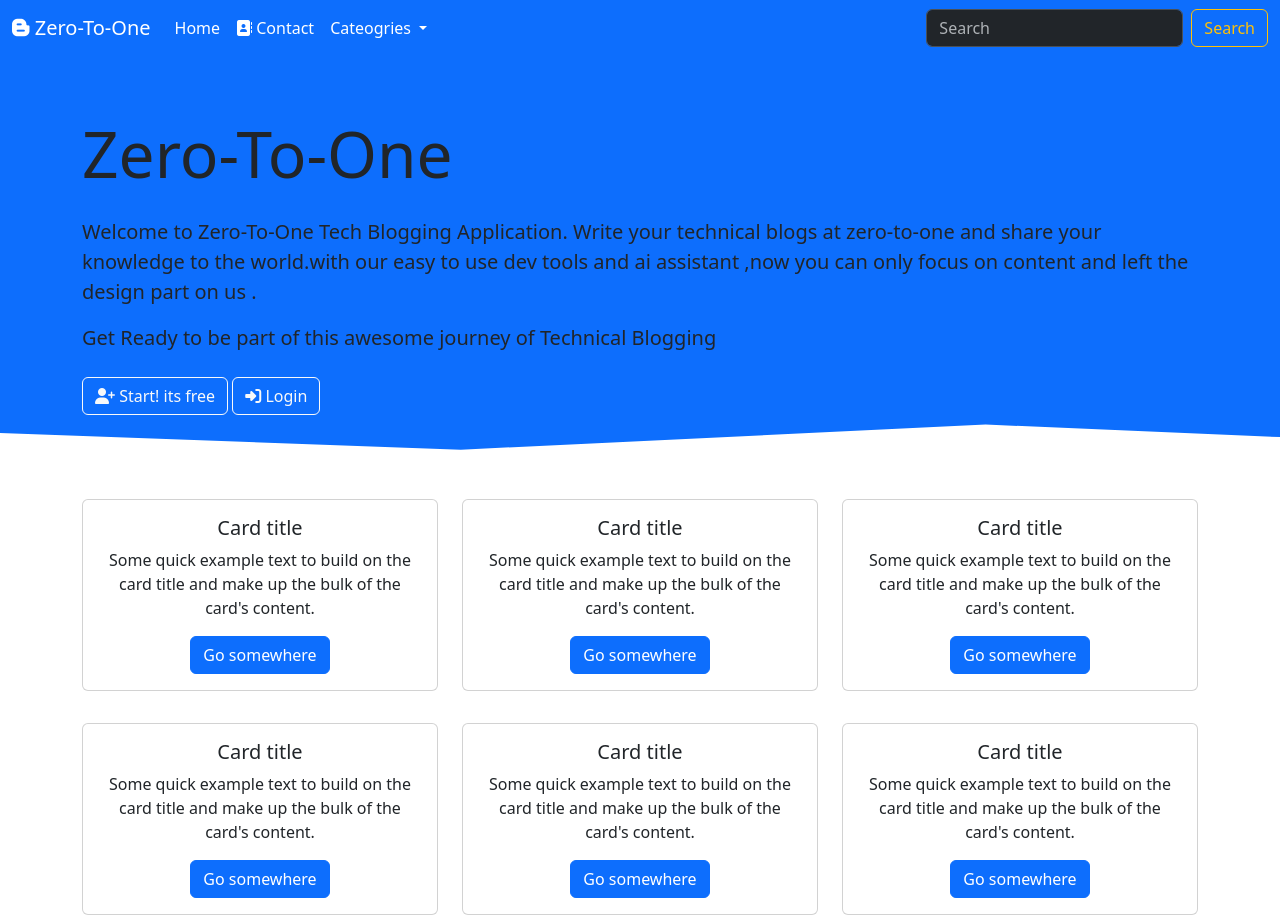
Repository: Gaurav560/PROJECT-ZeroToOne-TechBlog
Page: http://localhost/ZeroToOne/
An editor plug-in stored every save of this project. The page is shown before and after the next save, followed by the edit.
The browser window is 1280 px wide. The pictures show the whole page.
Some web libraries are served in a nearby version. The page is served by Tomcat 9. Other server files are loaded and not shown.

Above is the page before, as saved 2023-04-29 11:39:50.

### ZeroToOne/src/main/webapp/index.jsp
<%@page import="com.blog.helper.ConnectionProvider"%>
<%@page import="java.sql.Connection"%>
<%@ page language="java" contentType="text/html; charset=ISO-8859-1"
	pageEncoding="ISO-8859-1"%>
<!DOCTYPE html>
<html>
<head>
<meta charset="ISO-8859-1">
<title>Index page</title>
<!--  Bootstrap css-->
<link
	href="https://cdn.jsdelivr.net/npm/bootstrap@5.3.0-alpha3/dist/css/bootstrap.min.css"
	rel="stylesheet"
	integrity="sha384-KK94CHFLLe+nY2dmCWGMq91rCGa5gtU4mk92HdvYe+M/SXH301p5ILy+dN9+nJOZ"
	crossorigin="anonymous">
<!--css  -->
<link href="css/style.css" rel="stylesheet" type="text/css" />
<!-- font-awesome -->
<script src="https://kit.fontawesome.com/d52455da93.js"
	crossorigin="anonymous"></script>
</head>
<body>
	<%@include file="indexNavbar.jsp"%>

	<!-- jumbotron starts here -->
	<div class="container-fluid m-0 p-0 ">
		<div class="jumbo bg-primary text-white banner-background">
			<div class="container">

				<h3 class="display-3 pb-3 text-dark">Zero-To-One</h3>
				<p class="fs-5 text-dark">Welcome to Zero-To-One Tech Blogging
					Application. Write your technical blogs at zero-to-one and share
					your knowledge to the world.with our easy to use dev tools and ai
					assistant ,now you can only focus on content and left the design
					part on us .</p>
				<p class="fs-5 text-dark pb-2">Get Ready to be part of this
					awesome journey of Technical Blogging</p>
				<p></p>
				<a href="register_page.jsp" class="btn  btn-outline-light">
					<i class="fa-solid fa-user-plus"></i> Start! its free
				</a>
				<a href="login_page.jsp" class="btn   btn-outline-light">
					<i class="fa-solid fa-right-to-bracket"></i> Login
				</a>
			</div>
		</div>
	</div>
	<!-- jumbotron ends here -->
<br>
<!--cards starts here  -->
<div class="container">


<!--1st row starts here  -->
<div class="row">

<div class="col-md-4 mb-2">


<div class="card text-center">

  <div class="card-body">
    <h5 class="card-title">Card title</h5>
    <p class="card-text">Some quick example text to build on the card title and make up the bulk of the card's content.</p>
    <a href="#" class="btn btn-primary">Go somewhere</a>
  </div>
</div>

</div>
<div class="col-md-4 mb-2">


<div class="card text-center">

  <div class="card-body">
    <h5 class="card-title">Card title</h5>
    <p class="card-text">Some quick example text to build on the card title and make up the bulk of the card's content.</p>
    <a href="#" class="btn btn-primary">Go somewhere</a>
  </div>
</div>

</div><div class="col-md-4 mb-2">


<div class="card text-center">

  <div class="card-body">
    <h5 class="card-title">Card title</h5>
    <p class="card-text">Some quick example text to build on the card title and make up the bulk of the card's content.</p>
    <a href="#" class="btn btn-primary">Go somewhere</a>
  </div>
</div>

</div>
</div>

<!--1st row ends here  -->

<br>
<!--2nd row ends here  -->

<div class="row">

<div class="col-md-4 mb-2 ">


<div class="card text-center">

  <div class="card-body">
    <h5 class="card-title">Card title</h5>
    <p class="card-text">Some quick example text to build on the card title and make up the bulk of the card's content.</p>
    <a href="#" class="btn btn-primary">Go somewhere</a>
  </div>
</div>

</div>
<div class="col-md-4 mb-2">


<div class="card text-center">

  <div class="card-body">
    <h5 class="card-title">Card title</h5>
    <p class="card-text">Some quick example text to build on the card title and make up the bulk of the card's content.</p>
    <a href="#" class="btn btn-primary">Go somewhere</a>
  </div>
</div>

</div><div class="col-md-4 mb-2">


<div class="card text-center">

  <div class="card-body">
    <h5 class="card-title">Card title</h5>
    <p class="card-text">Some quick example text to build on the card title and make up the bulk of the card's content.</p>
    <a href="#" class="btn btn-primary">Go somewhere</a>
  </div>
</div>

</div>
</div>

<!--2nd row ends here  -->
</div>
<!-- cards end here -->


	<!-- jquery cdn -->
	<script src="https://code.jquery.com/jquery-3.6.4.min.js"
		integrity="sha256-oP6HI9z1XaZNBrJURtCoUT5SUnxFr8s3BzRl+cbzUq8="
		crossorigin="anonymous">

	</script>

	<!-- js  -->

	<script
		src="https://cdn.jsdelivr.net/npm/bootstrap@5.3.0-alpha3/dist/js/bootstrap.bundle.min.js"
		integrity="sha384-ENjdO4Dr2bkBIFxQpeoTz1HIcje39Wm4jDKdf19U8gI4ddQ3GYNS7NTKfAdVQSZe"
		crossorigin="anonymous"></script>
	<script src="js/myjs.js" type="text/javascript"></script>

</body>
</html>

### ZeroToOne/src/main/webapp/indexNavbar.jsp
<nav class="navbar navbar-expand-lg  bg-primary dar "   data-bs-theme="dark">
	<div class="container-fluid">

         <a class="navbar-brand" href="index.jsp"><i class="fa-brands fa-blogger-b"></i> Zero-To-One</a>
		<button class="navbar-toggler" type="button" data-bs-toggle="collapse"
			data-bs-target="#navbarSupportedContent"
			aria-controls="navbarSupportedContent" aria-expanded="false"
			aria-label="Toggle navigation">
			<span class="navbar-toggler-icon"></span>
		</button>
		<div class="collapse navbar-collapse" id="navbarSupportedContent">
			<ul class="navbar-nav me-auto mb-2 mb-lg-0">
				<li class="nav-item"><a class="nav-link active"
					aria-current="page" href="#">Home</a></li>
				<li class="nav-item"><a class="nav-link active" href="#"><i class="fa-solid fa-address-book"></i> Contact</a></li>
				<li class="nav-item dropdown"><a
					class="nav-link dropdown-toggle active" href="#" role="button"
					data-bs-toggle="dropdown" aria-expanded="false">Cateogries </a>
					<ul class="dropdown-menu">
						<li><a class="dropdown-item " href="#">Action</a></li>
						<li><a class="dropdown-item" href="#">Another action</a></li>
						<li><hr class="dropdown-divider"></li>
						<li><a class="dropdown-item" href="#">Something else here</a></li>
					</ul></li>

			</ul>
			<form class="d-flex" role="search">
				<input class="form-control me-2" type="search" placeholder="Search"
					aria-label="Search">
				<button class="btn btn-outline-warning" type="submit">Search</button>
			</form>
		</div>
	</div>
</nav>

### ZeroToOne/src/main/webapp/css/style.css
.bg-dar{

	padding:14px;
}
.jumbo{
	padding:60px;
}
.banner-background{
clip-path: polygon(30% 0%, 70% 0%, 100% 0, 100% 91%, 77% 88%, 36% 94%, 0 90%, 0 0);



}

Loaded but not shown: ZeroToOne/ZeroToOne/js/myjs.js (no stored copy; drawn as an empty file)

After the next save:
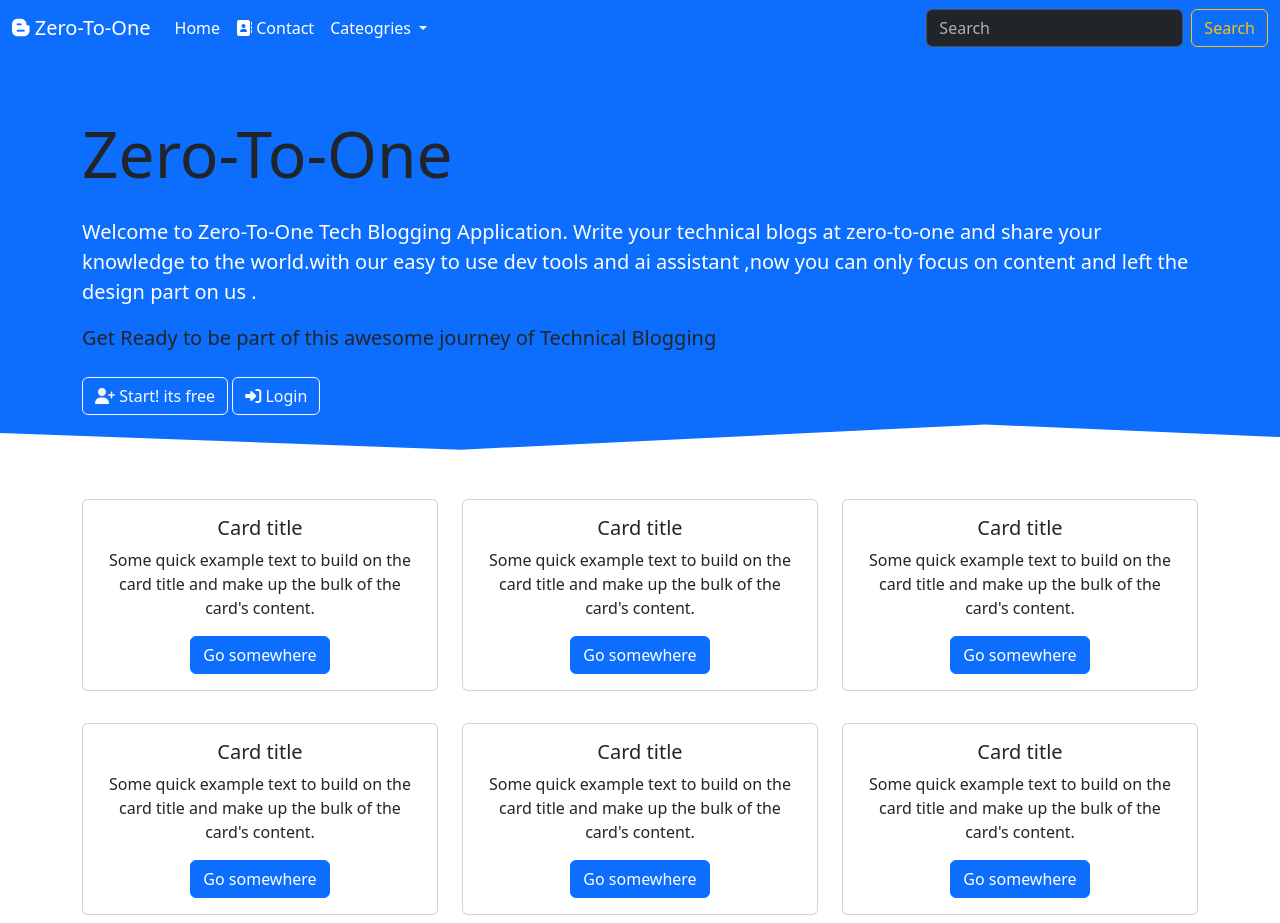
Saved 33 s later.
--- a/ZeroToOne/src/main/webapp/index.jsp
+++ b/ZeroToOne/src/main/webapp/index.jsp
@@ -28,7 +28,7 @@
 			<div class="container">
 
 				<h3 class="display-3 pb-3 text-dark">Zero-To-One</h3>
-				<p class="fs-5 text-dark">Welcome to Zero-To-One Tech Blogging
+				<p class="fs-5 text-white">Welcome to Zero-To-One Tech Blogging
 					Application. Write your technical blogs at zero-to-one and share
 					your knowledge to the world.with our easy to use dev tools and ai
 					assistant ,now you can only focus on content and left the design
